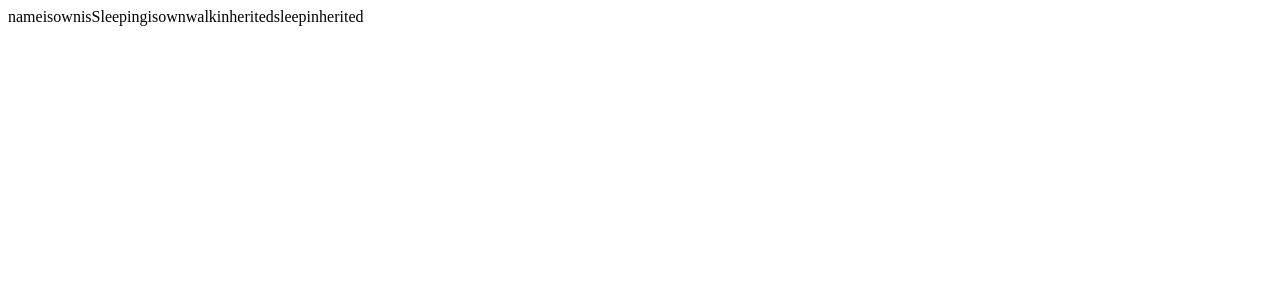
Repository: 0101chaitanya/gallery
Page: index.html
The author's editor kept a copy of each file at every save. The page is drawn from the files as they stood at one save, then again after the next save.
The browser window is 1280 px wide. The pictures show the whole page.

Above is the page before, as saved 2021-05-29 23:55:30.

### index.html
<!DOCTYPE html>
<html lang="en">

<head>
    <meta charset="utf-8">
</head>

<body>
    <script>
        // animal has methods
        let animal = {
            walk() {
                if (!this.isSleeping) {
                    alert(`I walk`);
                }
            },
            sleep() {
                this.isSleeping = true;
            }
        };

        let rabbit = {
            name: "White Rabbit",
            __proto__: animal
        };

        // modifies rabbit.isSleeping
        rabbit.sleep();
        alert(Object.keys(rabbit))
        for (let prop in rabbit) {
            let isOwn = rabbit.hasOwnProperty(prop);
            if (isOwn) {
                document.write(prop, 'isown');
            } else document.write(prop, 'inherited');

        }
    </script>
</body>

</html>

After the next save:
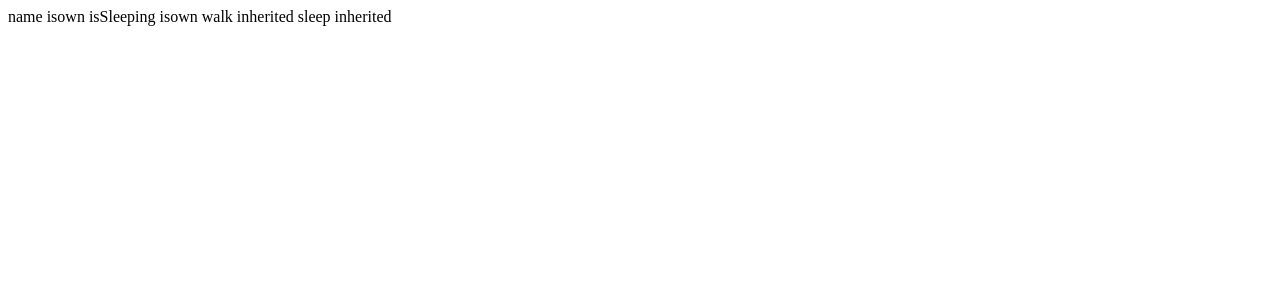
Saved 59 s later.
--- a/index.html
+++ b/index.html
@@ -30,8 +30,8 @@
         for (let prop in rabbit) {
             let isOwn = rabbit.hasOwnProperty(prop);
             if (isOwn) {
-                document.write(prop, 'isown');
-            } else document.write(prop, 'inherited');
+                document.write(prop, ' isown\n');
+            } else document.write(prop, ' inherited\n');
 
         }
     </script>
